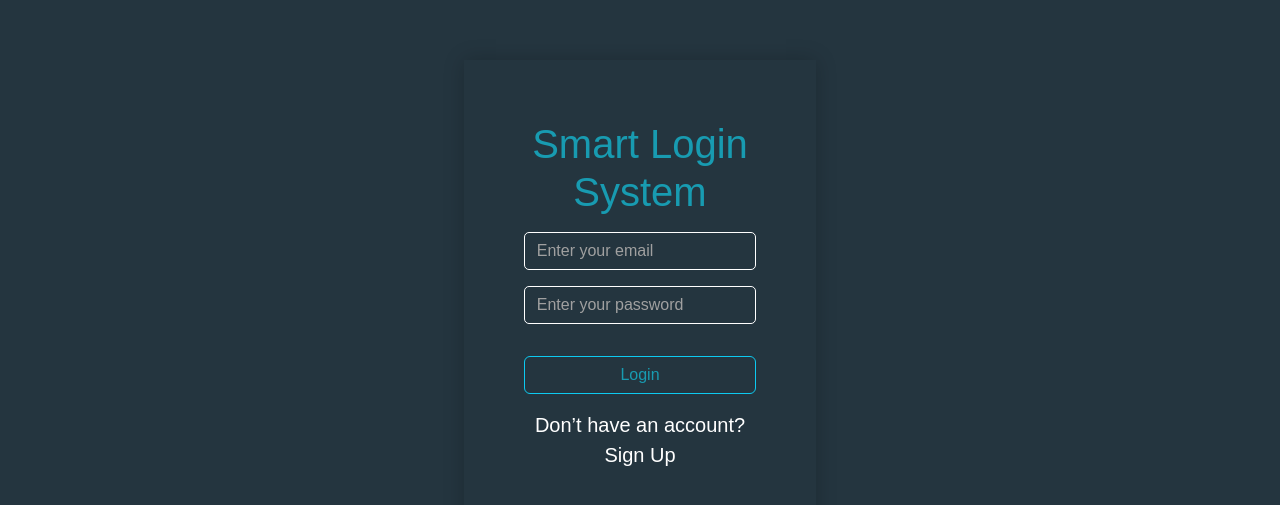
Repository: bodajava/TASK-4
Page: index.html
An editor plug-in stored every save of this project. The page is shown before and after the next save, followed by the edit.
The browser window is 1280 px wide. The pictures show the whole page.

Above is the page before, as saved 2025-06-18 04:13:12.

After the next save:
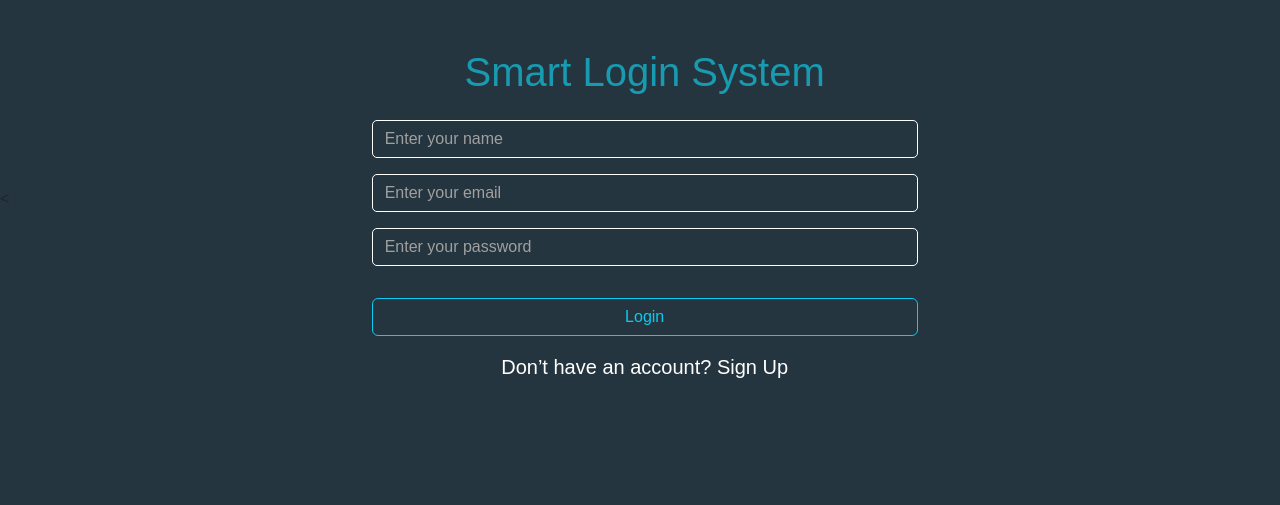
Saved 5 min 32 s later.
--- a/index.html
+++ b/index.html
@@ -8,30 +8,21 @@
     <meta name="viewport" content="width=device-width, initial-scale=1.0" />
     <title>Document</title>
   </head>
-  <body>
-    <div id="item" class="container text-center">
-      <div id="item2" class="m-auto w-75">
-        <h1>Smart Login System</h1>
-        <input
-          type="text"
-          class="form-control my-3"
-          placeholder="Enter your email"
-          id="signinEmail"
-        />
-        <input
-          type="password"
-          class="form-control my-3"
-          placeholder="Enter your password"
-          id="signinPassword"
-        />
-        <button class="btn btn-outline-info w-100 my-3">
-          <a class="btnn" href="theerdIndex.html">Login</a>
-        </button>
-        <p class="paragraph">
-          Don’t have an account?
-          <a class="anchor" href="scoundIndex.html">Sign Up</a>
-        </p>
-      </div>
+  <<div class="container text-center mt-5">
+        <div class="row justify-content-center">
+            <div class="col-12 col-md-6">
+                <h1 class="mb-4">Smart Login System</h1>
+                <form>
+                    <input type="text" class="form-control my-3" placeholder="Enter your name" id="signinName">
+                    <input type="email" class="form-control my-3" placeholder="Enter your email" id="signinEmail">
+                    <input type="password" class="form-control my-3" placeholder="Enter your password" id="signinPassword">
+                    <button type="submit" class="btn btn-outline-info w-100 my-3">Login</button>
+                </form>
+                <p class="paragraph">
+                    Don’t have an account? <a class="anchor" href="signup.html">Sign Up</a>
+                </p>
+            </div>
+        </div>
     </div>
     <script src="js/bootstrap.bundle.min.js"></script>
     <script src="js/index.js"></script>

After the save that followed:
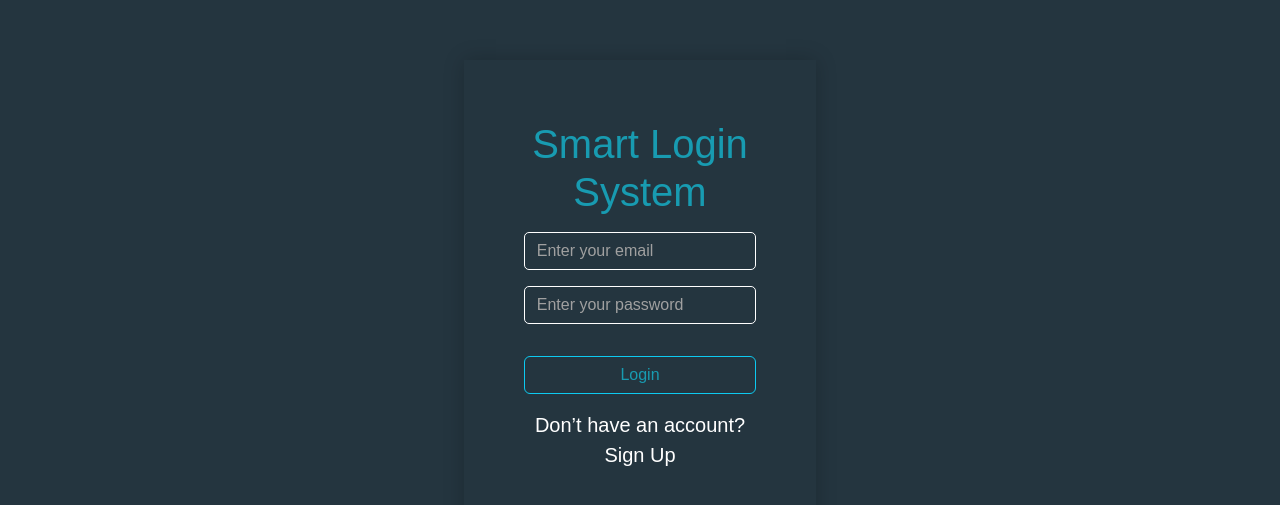
Saved 8 s later.
--- a/index.html
+++ b/index.html
@@ -8,21 +8,30 @@
     <meta name="viewport" content="width=device-width, initial-scale=1.0" />
     <title>Document</title>
   </head>
-  <<div class="container text-center mt-5">
-        <div class="row justify-content-center">
-            <div class="col-12 col-md-6">
-                <h1 class="mb-4">Smart Login System</h1>
-                <form>
-                    <input type="text" class="form-control my-3" placeholder="Enter your name" id="signinName">
-                    <input type="email" class="form-control my-3" placeholder="Enter your email" id="signinEmail">
-                    <input type="password" class="form-control my-3" placeholder="Enter your password" id="signinPassword">
-                    <button type="submit" class="btn btn-outline-info w-100 my-3">Login</button>
-                </form>
-                <p class="paragraph">
-                    Don’t have an account? <a class="anchor" href="signup.html">Sign Up</a>
-                </p>
-            </div>
-        </div>
+  <body>
+    <div id="item" class="container text-center">
+      <div id="item2" class="m-auto w-75">
+        <h1>Smart Login System</h1>
+        <input
+          type="text"
+          class="form-control my-3"
+          placeholder="Enter your email"
+          id="signinEmail"
+        />
+        <input
+          type="password"
+          class="form-control my-3"
+          placeholder="Enter your password"
+          id="signinPassword"
+        />
+        <button class="btn btn-outline-info w-100 my-3">
+          <a class="btnn" href="theerdIndex.html">Login</a>
+        </button>
+        <p class="paragraph">
+          Don’t have an account?
+          <a class="anchor" href="scoundIndex.html">Sign Up</a>
+        </p>
+      </div>
     </div>
     <script src="js/bootstrap.bundle.min.js"></script>
     <script src="js/index.js"></script>
